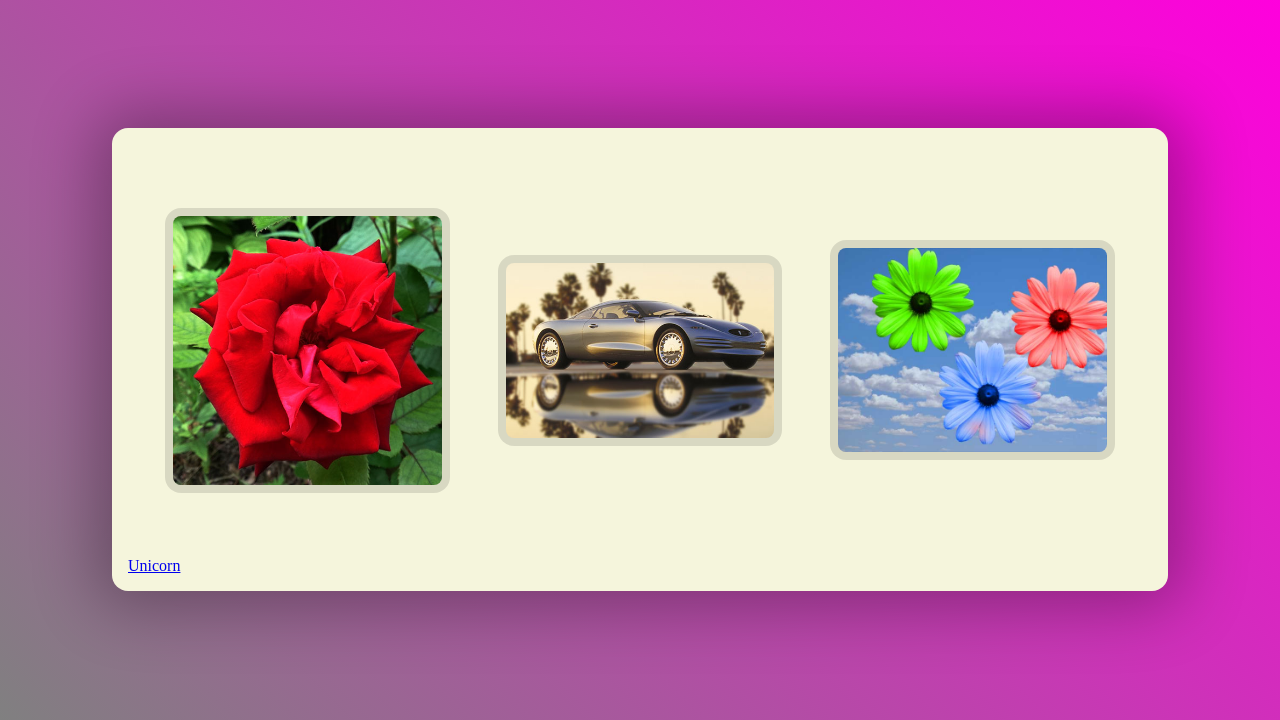
Repository: ViggoSkj/VGY
Page: ovningar/photoshopovning/photoshopovning.html
An editor plug-in stored every save of this project. The page is shown before and after the next save, followed by the edit.
The browser window is 1280 px wide. The pictures show the whole page.

Above is the page before, as saved 2022-11-27 12:14:05.

After the next save:
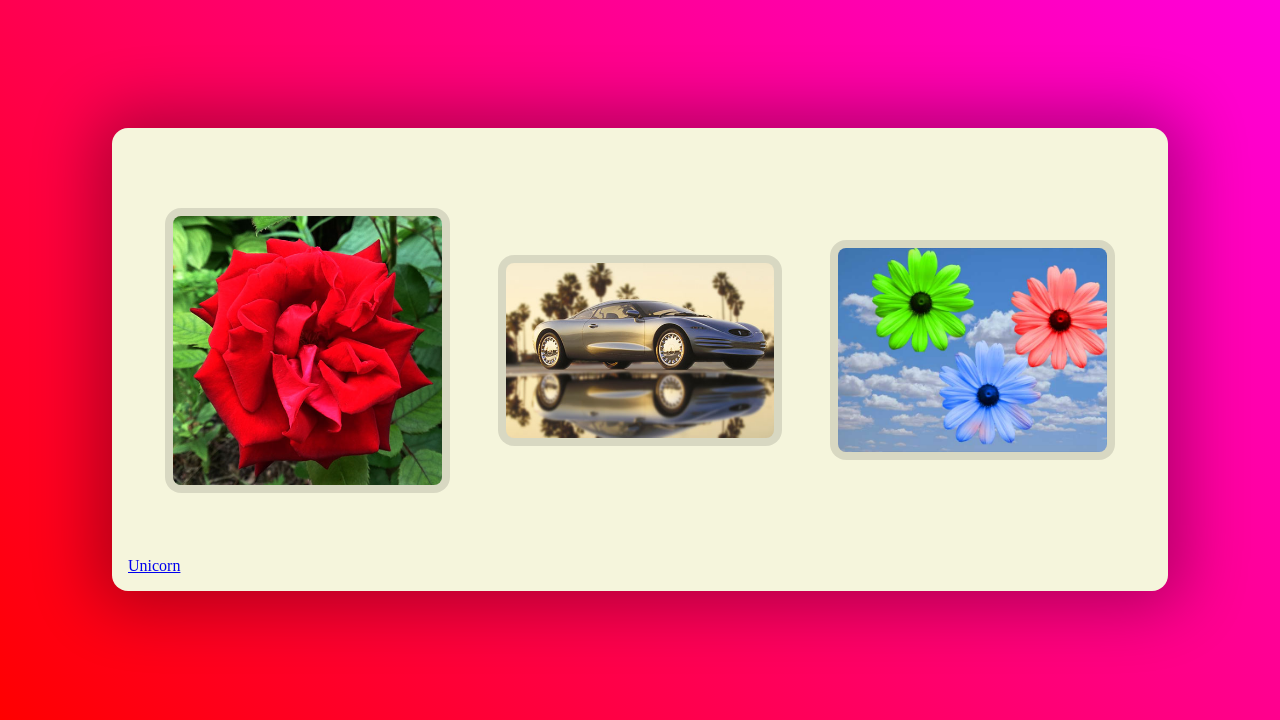
Saved 8 s later.
--- a/ovningar/photoshopovning/public/css/style.css
+++ b/ovningar/photoshopovning/public/css/style.css
@@ -1,6 +1,6 @@
 body
 {
-    background-image: linear-gradient(45deg, gray, rgb(255, 0, 221));
+    background-image: linear-gradient(45deg, rgb(255, 0, 0), rgb(255, 0, 221));
     display: flex;
     height: 100%;
     margin: 0;
